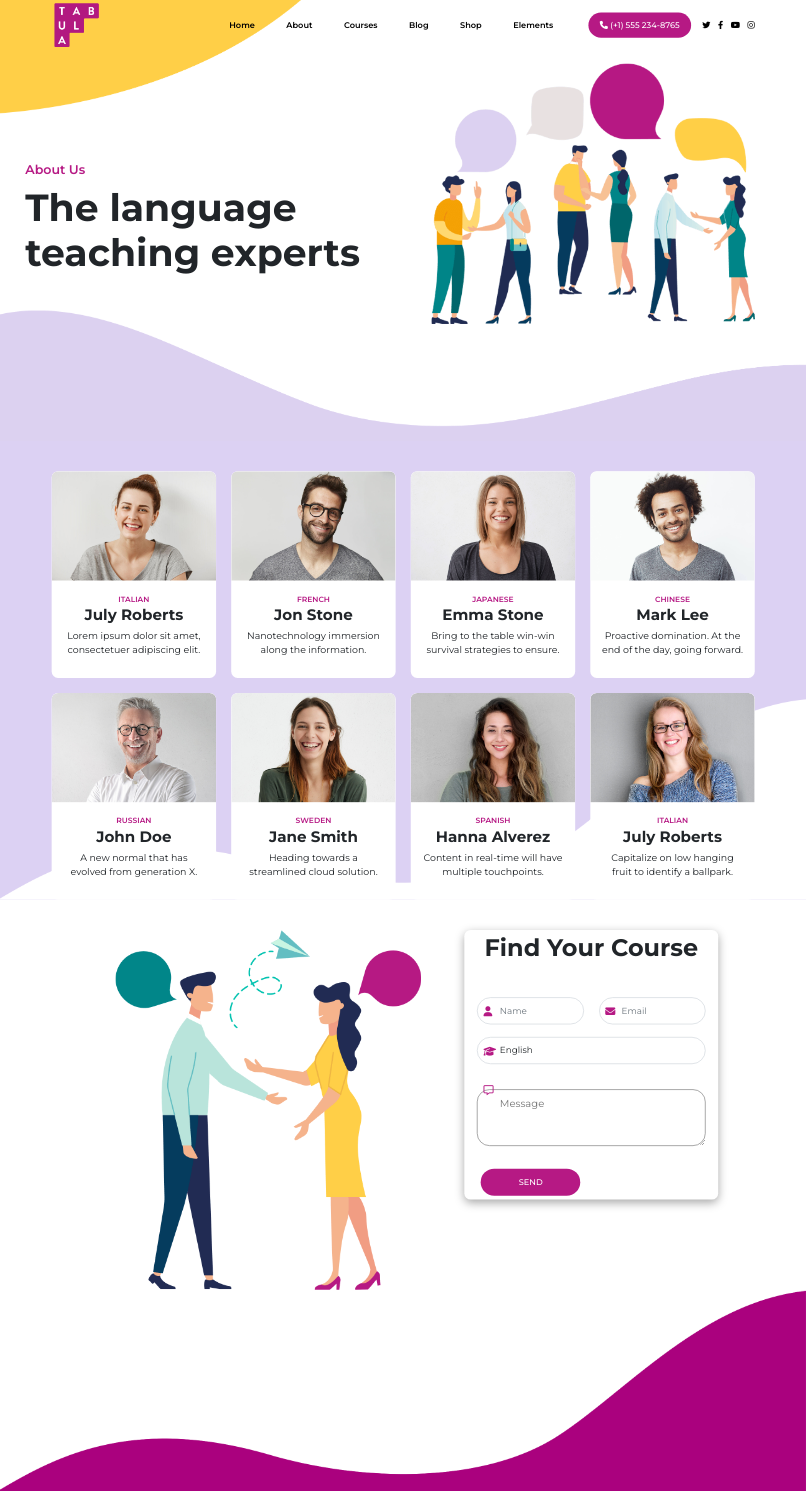
Repository: minhtrivu6199/tabula
Page: index.html
An editor plug-in stored every save of this project. The page is shown before and after the next save, followed by the edit.
The browser window is 1280 px wide. The pictures show the whole page, at 63% of full size.
Some web libraries are served in a nearby version. The style sheet was rebuilt from its Sass, Less or Tailwind sources for each picture, by a compiler version that may differ from the author's.

Above is the page before, as saved 2022-09-28 11:27:53.

After the next save:
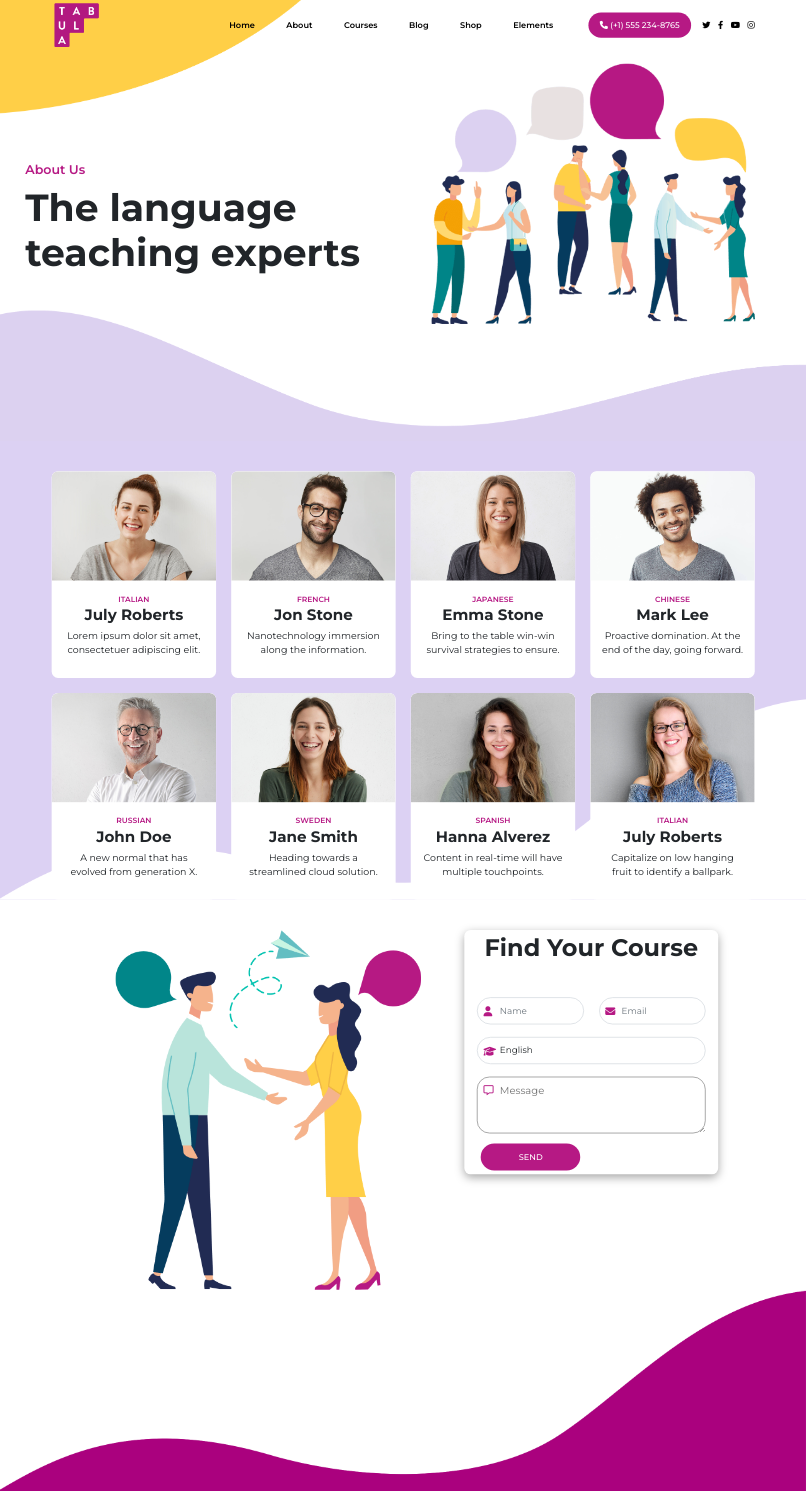
Saved 47 s later.
--- a/scss/style.scss
+++ b/scss/style.scss
@@ -311,9 +311,6 @@ img {
                                         border-radius: 20px;
                                         display: block;
                                         width: 100%;
-                                        &:last-child {
-                                            margin: 30px 0;
-                                        }
                                     }
                                     .input-icon {
                                         position: absolute;
